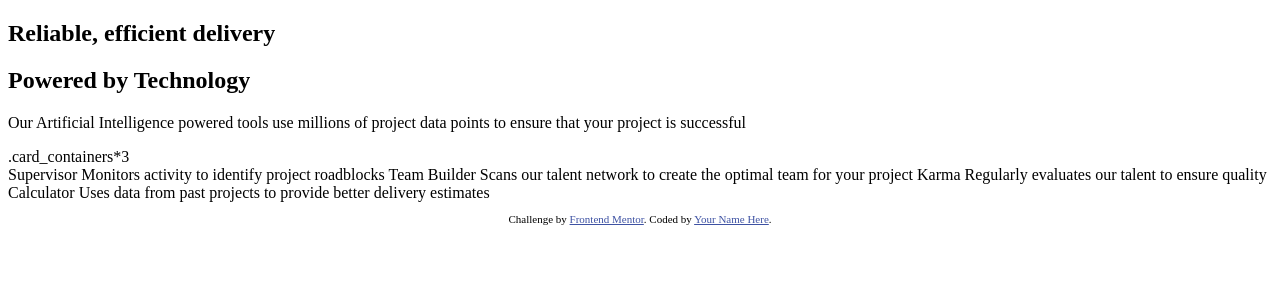
Repository: BuduCE/four-card-feature-section-master
Page: index.html
An editor plug-in stored every save of this project. The page is shown before and after the next save, followed by the edit.
The browser window is 1280 px wide. The pictures show the whole page.

Above is the page before, as saved 2023-06-01 21:26:39.

After the next save:
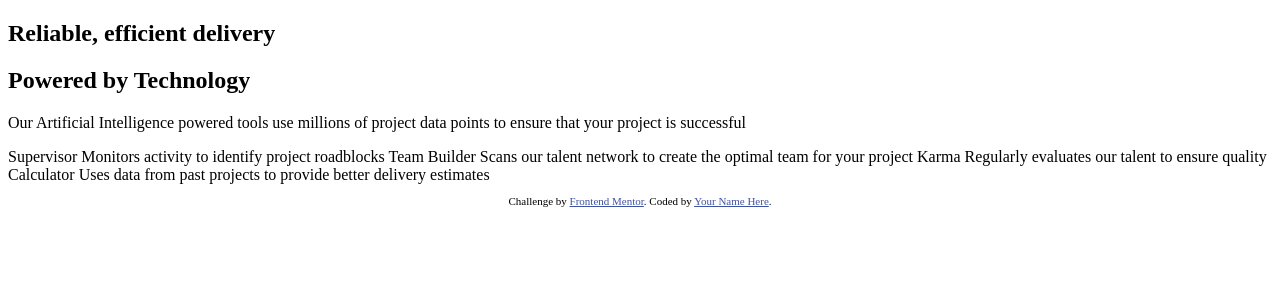
Saved 9 s later.
--- a/index.html
+++ b/index.html
@@ -22,7 +22,9 @@
   to ensure that your project is successful</p>
 
   <div class="product_card">
-    .card_containers*3
+    <div class="card_containers"></div>
+    <div class="card_containers"></div>
+    <div class="card_containers"></div>
   </div>
 
   Supervisor

After the 4 saves that followed:
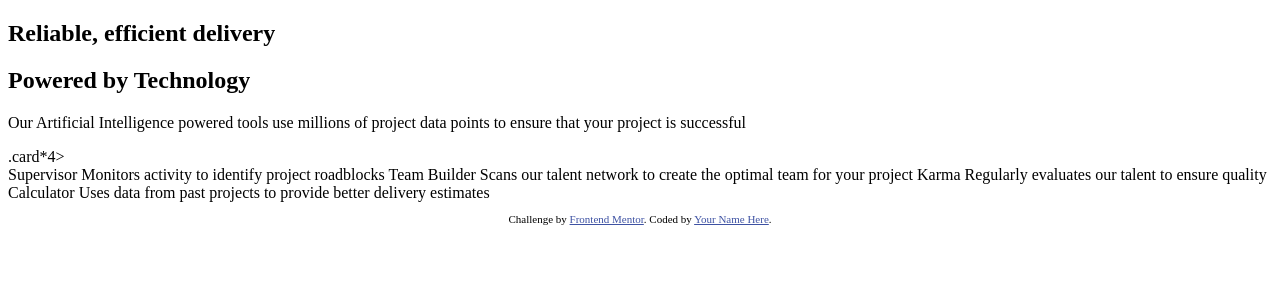
The 4 saves are shown as one change because 1 left the picture as it was and some came seconds apart.
The last was saved 20 s later.
--- a/index.html
+++ b/index.html
@@ -22,7 +22,9 @@
   to ensure that your project is successful</p>
 
   <div class="product_card">
-    <div class="card_containers"></div>
+    <div class="card_containers">
+      .card*4>
+    </div>
     <div class="card_containers"></div>
     <div class="card_containers"></div>
   </div>
